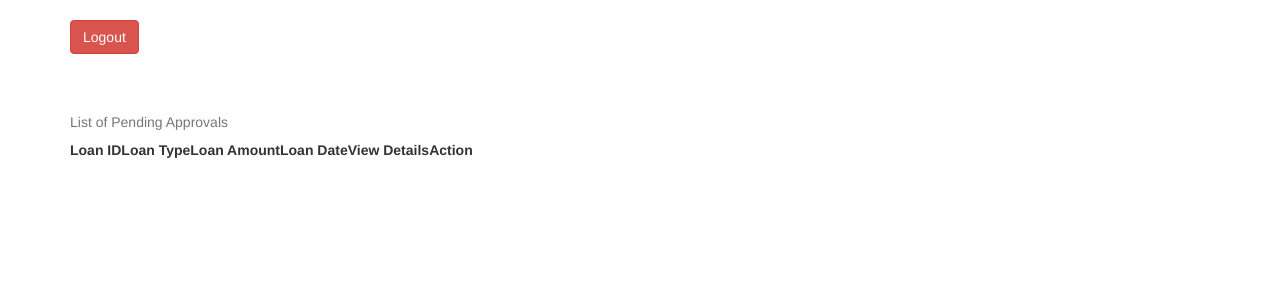
Repository: Bayvao/E-Loan-Project
Page: http://localhost/E-Loan-Project/WEB-INF/views/pending-loan-approval.jsp
An editor plug-in stored every save of this project. The page is shown before and after the next save, followed by the edit.
The browser window is 1280 px wide. The pictures show the whole page.
The page is served by Tomcat 9. Nobody is signed in. The template is opened directly, without the code that normally fills it, so the values that code supplies are empty.

Above is the page before, as saved 2020-07-21 08:29:03.

After the next save:
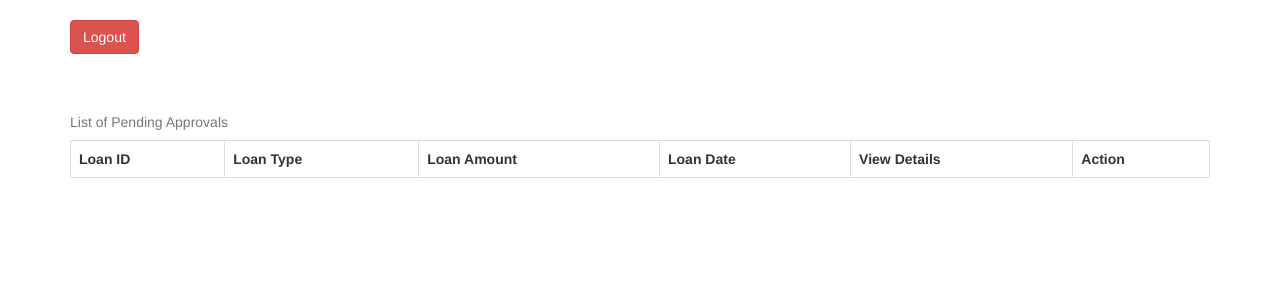
Saved 73 s later.
--- a/E-Loan-Project/src/main/webapp/WEB-INF/views/pending-loan-approval.jsp
+++ b/E-Loan-Project/src/main/webapp/WEB-INF/views/pending-loan-approval.jsp
@@ -50,7 +50,7 @@ h2 {
 			</security:authorize>
 
 		<br/>
-		<table>
+		<table class="table table-bordered">
 		<caption>List of Pending Approvals</caption>
 			<tr>
 				<th>Loan ID</th>
